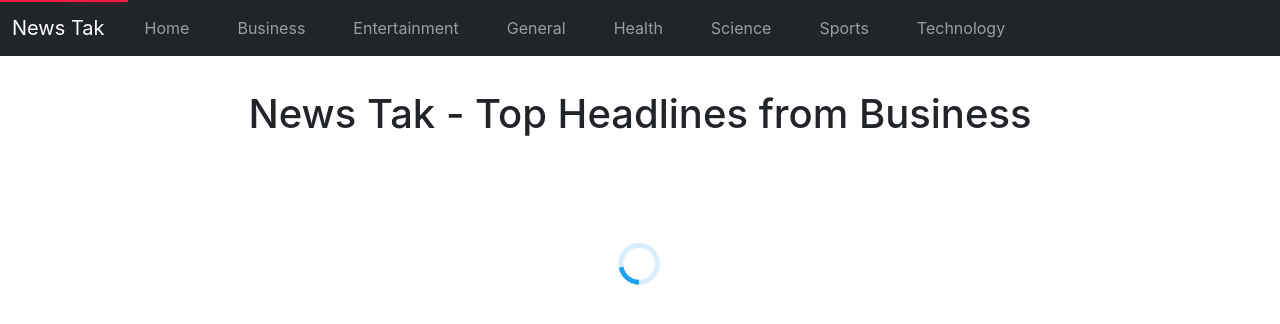
Repository: Rohit-foryou/News-website
Page: /business
These files come from the project's save history. The page is drawn as it stood at one moment and after the next save; the edit follows.
The browser window is 1280 px wide. The pictures show the whole page.
The page's requests for data from a server got no answer. The project was rebuilt for these pictures with package versions that can differ from the ones it lists, and the page was loaded fresh each time. No one was signed in, and anything a server would have sent is missing. Also part of the build but not shown: src/Components/NewsItem.js.

Above is the page before, as saved 2024-01-12 11:25:35.

### public/index.html
<!DOCTYPE html>
<html lang="en">
  <head>
    <meta charset="utf-8" />
    <link rel="icon" href="%PUBLIC_URL%/favicon.ico" />
    <meta name="viewport" content="width=device-width, initial-scale=1" />
    <meta name="theme-color" content="#000000" />
    <meta
      name="description"
      content="News Tak is used to see latest news fast and easy"
    />
    <link rel="apple-touch-icon" href="%PUBLIC_URL%/logo192.png" />
    <!--
      manifest.json provides metadata used when your web app is installed on a
      user's mobile device or desktop. See https://developers.google.com/web/fundamentals/web-app-manifest/
    -->
    <link rel="manifest" href="%PUBLIC_URL%/manifest.json" />
    <!--
      Notice the use of %PUBLIC_URL% in the tags above.
      It will be replaced with the URL of the `public` folder during the build.
      Only files inside the `public` folder can be referenced from the HTML.

      Unlike "/favicon.ico" or "favicon.ico", "%PUBLIC_URL%/favicon.ico" will
      work correctly both with client-side routing and a non-root public URL.
      Learn how to configure a non-root public URL by running `npm run build`.
    -->
    <title>News Tak</title>
    <link href="https://cdn.jsdelivr.net/npm/bootstrap@5.3.2/dist/css/bootstrap.min.css" rel="stylesheet" integrity="sha384-T3c6CoIi6uLrA9TneNEoa7RxnatzjcDSCmG1MXxSR1GAsXEV/Dwwykc2MPK8M2HN" crossorigin="anonymous">
  </head>
  <body>
    <noscript>You need to enable JavaScript to run this app.</noscript>
    <div id="root"></div>
    <!--
      This HTML file is a template.
      If you open it directly in the browser, you will see an empty page.

      You can add webfonts, meta tags, or analytics to this file.
      The build step will place the bundled scripts into the <body> tag.

      To begin the development, run `npm start` or `yarn start`.
      To create a production bundle, use `npm run build` or `yarn build`.
    -->
    <script src="https://cdn.jsdelivr.net/npm/bootstrap@5.3.2/dist/js/bootstrap.bundle.min.js" integrity="sha384-C6RzsynM9kWDrMNeT87bh95OGNyZPhcTNXj1NW7RuBCsyN/o0jlpcV8Qyq46cDfL" crossorigin="anonymous"></script>
  </body>
</html>

### src/App.js
import React, { Component } from 'react';
import NavBar from './Components/NavBar';
import News from './Components/News';
import {
  BrowserRouter,
  Route,
  Routes,
} from "react-router-dom";
import LoadingBar from 'react-top-loading-bar'

export class App extends Component {
  pageSize=9;

  state = {
    progress: 0
  }
  setProgress = (progress)=>{
    this.setState({progress: progress})
  }


  render() {
    return (
      <div>
        <BrowserRouter>
        <LoadingBar
        color='#f11946'
        progress={this.state.progress}
      />
          <NavBar />
          <Routes>
            <Route exact path='/' element={<News setProgress={this.setProgress}  key="general"pageSize={this.pageSize} country='in' category='general' />} />
            <Route exact path='/business' element={<News setProgress={this.setProgress}  key="business"pageSize={this.pageSize} country='in' category='business' />} />
            <Route exact path='/entertainment' element={<News setProgress={this.setProgress}  key="entertainment"pageSize={this.pageSize} country='in' category='entertainment' />} />
            <Route exact path='/general' element={<News setProgress={this.setProgress}  key="general"pageSize={this.pageSize} country='in' category='general' />} />
            <Route exact path='/health' element={<News setProgress={this.setProgress}  key="health"pageSize={this.pageSize} country='in' category='health' />} />
            <Route exact path='/science' element={<News setProgress={this.setProgress}  key="science"pageSize={this.pageSize} country='in' category='science' />} />
            <Route exact path='/sports' element={<News setProgress={this.setProgress}  key="sports"pageSize={this.pageSize} country='in' category='sports' />} />
            <Route exact path='/technology' element={<News setProgress={this.setProgress}  key="technology"pageSize={this.pageSize} country='in' category='technology' />} />
          </Routes>
        </BrowserRouter>
      </div>
    );
  }
}

export default App;

### src/Components/NavBar.js
import React from "react";
import { Link } from "react-router-dom";

const NavBar = () => {

  return (
    <div>
      <nav className="navbar fixed-top navbar-expand-lg navbar-dark bg-dark">
        <div className="container-fluid">
          <Link className="navbar-brand" to="/">
            News Tak
          </Link>
          <button
            className="navbar-toggler"
            type="button"
            data-bs-toggle="collapse"
            data-bs-target="#navbarSupportedContent"
            aria-controls="navbarSupportedContent"
            aria-expanded="false"
            aria-label="Toggle navigation"
          >
            <span className="navbar-toggler-icon"></span>
          </button>
          <div
            className="collapse navbar-collapse"
            id="navbarSupportedContent"
          >
            <ul className="navbar-nav me-auto mb-2 mb-lg-0">
              <li className="nav-item mx-3">
                <Link className="nav-link" aria-current="page" to="/">
                  Home
                </Link>
              </li>
              <li className="nav-item mx-3">
                <Link className="nav-link" to="/business">
                  Business
                </Link>
              </li>
              <li className="nav-item mx-3">
                <Link className="nav-link" to="/entertainment">
                  Entertainment
                </Link>
              </li>
              <li className="nav-item mx-3">
                <Link className="nav-link" to="/general">
                  General
                </Link>
              </li>
              <li className="nav-item mx-3">
                <Link className="nav-link" to="/health">
                  Health
                </Link>
              </li>
              <li className="nav-item mx-3">
                <Link className="nav-link" to="/science">
                  Science
                </Link>
              </li>
              <li className="nav-item mx-3">
                <Link className="nav-link" to="/sports">
                  Sports
                </Link>
              </li>
              <li className="nav-item mx-3">
                <Link className="nav-link" to="/technology">
                  Technology
                </Link>
              </li>
            </ul>
          </div>
        </div>
      </nav>
    </div>
  );

}

export default NavBar;

### src/Components/News.js
import React, { useEffect, useState } from "react";
import NewsItem from "./NewsItem";
import Spinner from "./Spinner";
import PropTypes from 'prop-types'
import InfiniteScroll from "react-infinite-scroll-component";


const News = (props) =>{

  const [articles, setArticles] = useState([]);
  const [loading, setLoading] = useState(true);
  const [page, setPage] = useState(1);
  const [totalResults, setTotalResults] = useState(0);


  const capitalizeFirstLetter = (string) => {
    return string.charAt(0).toUpperCase() + string.slice(1);
  }

  document.title = `${capitalizeFirstLetter(props.category)} - News Tak`;

  const update = async() => {
    props.setProgress(10);
    const url = `https://newsapi.org/v2/top-headlines?country=${props.country}&category=${props.category}&apiKey=fa3dbec13bb44cd2a222250b4aea8871&page=${page}&pageSize=${props.pageSize}`;

  setLoading(true);
    let data = await fetch(url);
    props.setProgress(30);
    let parsedData = await data.json();
    props.setProgress(70);
    setArticles(parsedData.articles);
    setTotalResults(parsedData.articles);
    setLoading(false);
    props.setProgress(100);

};

useEffect(() => {
  update();
}, []);

//  const handleNextClick = async () => {
//     setPage(page + 1 );
//     update();

//   };


//  const handlePrevClick = async () => {
//     setPage(page-1);
//     update();
//   };


 const fetchMoreData = async () => {
    setPage(page+1);
    const url = `https://newsapi.org/v2/top-headlines?country=${props.country}&category=${props.category}&apiKey=fa3dbec13bb44cd2a222250b4aea8871&page=${page}&pageSize=${props.pageSize}`;

    let data = await fetch(url);
    let parsedData = await data.json();

    setArticles(articles.concat(parsedData.articles));
    setTotalResults(parsedData.totalResults);
    // setLoading(false);
  };



    return (
      <>
        <h1 className="text-center" style={{ margin: '100px', marginTop: '90px' }}>News Tak - Top Headlines from {capitalizeFirstLetter(props.category)}</h1>
        {loading && <Spinner/>}

        <InfiniteScroll
          dataLength={articles.length}
          next={fetchMoreData}
          hasMore={articles.length !== totalResults}
          loader={<Spinner />}>


          <div className="container">
            <div className="row">
              {articles.map((element) => {
                return (
                  <div className="col-md-4" key={element.url}>
                    <NewsItem
                      title={element.title ? element.title.slice(0, 100) : ""}
                      description={
                        element.description ? element.description : ""
                      }
                      imgUrl={element.urlToImage}
                      newsUrl={element.url}
                      author={element.author}
                      date={element.publishedAt}
                      source={element.source.name}
                    />
                  </div>
                );
              })}
            </div>
          </div>
        </InfiniteScroll>

      </>
    );
}

News.defaultProps = {
  country: 'in',
  pageSize: 8,
  category: 'general',
  totalResults: 0,
}

News.propTypes = {
  country: PropTypes.string,
  pageSize: PropTypes.number,
  category: PropTypes.string,
}

export default News;

### src/Components/Spinner.js
import React from 'react';
// import loading from './loading.gif';
import giphy from './giphy.gif'

const Spinner = () => {
  return (
    <div className='text-center my-3'>
      <img src={giphy} alt="loading" style={{ width: '50px', height: '50px' }} />
    </div>
  );
}

export default Spinner;

Loaded but not shown: src/index.js (common file); src/index.css (common file); src/reportWebVitals.js (common file)

After the next save:
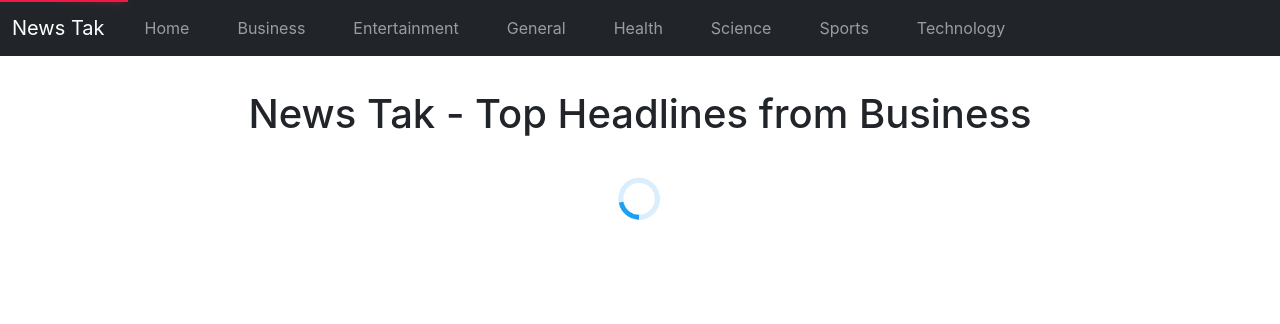
Saved 15 s later.
--- a/src/Components/News.js
+++ b/src/Components/News.js
@@ -68,7 +68,7 @@ useEffect(() => {
 
     return (
       <>
-        <h1 className="text-center" style={{ margin: '100px', marginTop: '90px' }}>News Tak - Top Headlines from {capitalizeFirstLetter(props.category)}</h1>
+        <h1 className="text-center" style={{ margin: '35px 0px', marginTop: '90px' }}>News Tak - Top Headlines from {capitalizeFirstLetter(props.category)}</h1>
         {loading && <Spinner/>}
 
         <InfiniteScroll
